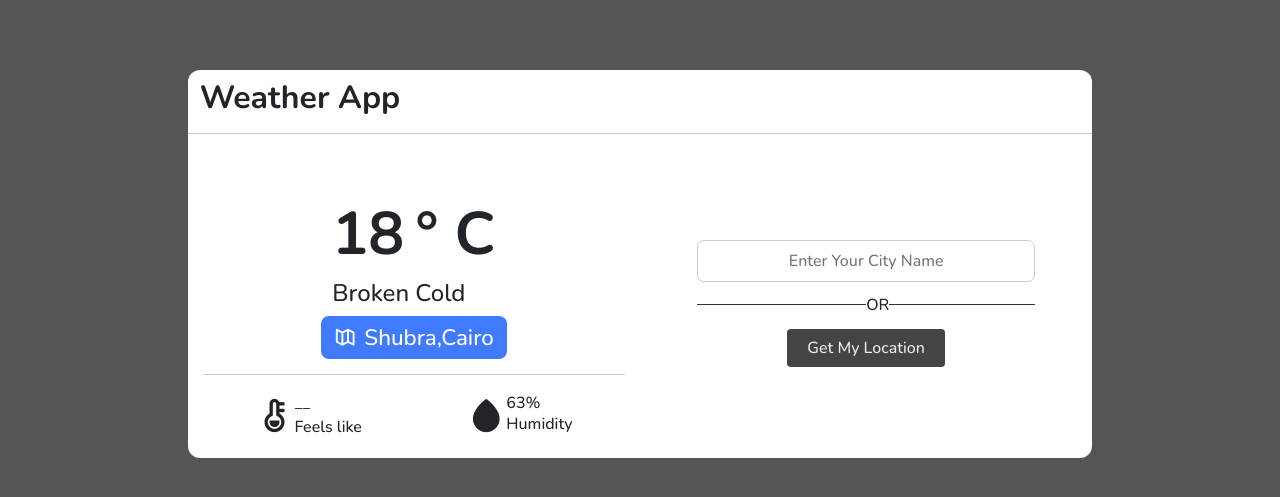
Repository: youssef168/Weather-App
Page: index.htm
These files come from the project's save history. The page is drawn as it stood at one moment and after the next save; the edit follows.
The browser window is 1280 px wide. The pictures show the whole page.

Above is the page before, as saved 2021-12-29 14:38:12.

### index.htm
<!DOCTYPE html>
<html lang="en">
<head>
    <meta charset="UTF-8">
    <meta http-equiv="X-UA-Compatible" content="IE=edge">
    <meta name="viewport" content="width=device-width, initial-scale=1.0">
    <link href="https://cdn.jsdelivr.net/npm/bootstrap@5.1.3/dist/css/bootstrap.min.css" rel="stylesheet" integrity="sha384-1BmE4kWBq78iYhFldvKuhfTAU6auU8tT94WrHftjDbrCEXSU1oBoqyl2QvZ6jIW3" crossorigin="anonymous">
    <link rel="preconnect" href="https://fonts.googleapis.com">
    <link rel="preconnect" href="https://fonts.gstatic.com" crossorigin>
    <link href="https://fonts.googleapis.com/css2?family=Nunito:ital,wght@0,300;0,500;0,600;0,700;0,900;1,200;1,300;1,400;1,500;1,700&family=Work+Sans:ital,wght@1,400;1,600&display=swap" rel="stylesheet">
    <link rel="stylesheet" href="./style.css">
    <link href='https://unpkg.com/boxicons@2.1.1/css/boxicons.min.css' rel='stylesheet'>

    <title>Document</title>
</head>
<body>
    <div class="container">
        <div class='row super'>
            <h2>Weather App</h2>
            <hr>
          <div id="Special" class='col active'>
              <div class="wearher-img">
                  <img class="w-100" src="" alt="">
              </div>
              <div class="weather-details">
                  <span class="degree">18</span>
                  <span class="sign">°</span>
                  <span class="sign-2">
                    C
                  </span>
                  <h4>Broken Cold</h4>
              </div>
              <div class="location">
                <i class='bx bx-map-alt'></i>
                <span class='innerLocation'>Shubra,Cairo</span>
              </div>
              <div class="detail-box">
                  <div class="column fellLike">
                      <i class='bx bxs-thermometer'></i>
                      <div class="innerFeild "></
                        <span id='Feels' class="degree2">__</span>
                        <div class="degree2">Feels like</div>
                    </div>
                  </div>
                  <div class="column Humidity">
                    <i class='bx bxs-droplet'></i>
                    <div class="innerFeild">
                        <span class="degree-3">63%</span>
                            <h6>Humidity</h6>
                    </div>
                  </div>
              </div>
            </div>
            <div class="col super-x active">
                <div class="wating ">
                    Wating
                </div>

                <div class="input">
                    <input class="input-super" type="text" placeholder="Enter Your City Name">
                </div>
                <div class="bot-button mt-4">
                    <button class="btn">Get My Location</button>
                </div>
            </div>
        </div>
    </div>


    <script src="./script.js"></script>
    <script src="https://cdn.jsdelivr.net/npm/bootstrap@5.1.3/dist/js/bootstrap.bundle.min.js" integrity="sha384-ka7Sk0Gln4gmtz2MlQnikT1wXgYsOg+OMhuP+IlRH9sENBO0LRn5q+8nbTov4+1p" crossorigin="anonymous"></script>
</body>
</html>

### style.css
/* Start Global Rules */
body {
    font-family: 'Nunito', sans-serif;
    background: #555

}



.super {
    margin: auto;
    margin-top: 70px;
    width: fit-content;
    background: #fff;
    border-radius: 12px;
    /* background-image: url('./blob.svg');
    background-repeat: no-repeat;
    background-size: covere; */
}

/* end Global Rules */

h2 {
    font-weight: bold !important;
    /* font-size: 3.6rem !important; */
    line-height: 55px ;
}

.container {
    padding: 0;
}

.wearher-img {
    width: 330px;
}

.col {
    padding: 15px;
    display: flex ;
    flex-direction: column;
    justify-content: center;
    align-items: center;
    display: none;
}

.col.active {
    display: flex;
}

/* .col.active .super-x {
    display: none;
} */



.weather-details {
    font-size: 60px;
    font-weight: bold;
}

.sign {
    margin-left: -5px;
}

.weatherStatus {
    font-weight: bolder;
    font-size: 1.8rem;
    text-align: center;
    margin: auto;
}

.location {
    font-size: 1.4rem;
    display: flex;
    align-items: center;
    background-color: #407BFF;
    padding: 5px 13px;
    color: #fff;
    border-radius: 8px;
    justify-content:center;
    margin-bottom: 15px;
}

.location .bx-map-alt {
    margin-right: 8px;
}

.detail-box {
    display: flex;
    border-top: 1px solid #ccc;
    width: 100%;
    justify-content: space-between;
}

.detail-box .column {
    width: 100%;
    display: flex;
    justify-content: center;
    padding: 16px 0 0;
}

.innerFeild {
    display: flex;
    flex-direction: column;
}

.column i {
    margin-top: 5px;
    font-size: 40px;
}

.super-x {
    padding: 15px;
    display: flex ;
    flex-direction: column;
    justify-content: center;
    align-items: center;
}


.input-super {
    padding: 8px 30px;
    text-align: center;
    outline: none;
    border: 1px solid #ccc;
    border-radius: 7px;
    width: 100%;
    margin-bottom: 22px;
}

.input {
    border-bottom: 1px solid #333;
    width: 80%;
    position: relative;
}

.input::after {
    content: "OR";
    position: absolute;
    bottom: -12.5px;
    left: 50%;
    background: #fff
}

.bot-button button {
    background: #444;
    color: #eee;
    padding: 6px 19px !important;
    transition: 0.5s;
}

.bot-button button:hover {
    background: transparent;
    border: 1px solid #444;
}

.super-x.active {
    display: flex;
}
.super-x {
    display: none;
}

.wating.active {
    background: #D1ECF1;
    color: green;
    width: 60%;
    text-align: center;
    margin-bottom: 17px;
    padding: 8px 19px;
    border-radius: 7px;
    border: 1px solid #BEE5EB;
    display: flex;
}

.wating {
    display: none;
}

.wating.activeFaild {
    background: #F8D7DA;
    color: red;
    margin-bottom: 17px;
    width: 70%;
    text-align: center;
    padding: 6px 18px;
    border-radius: 8px;
    border: 1px solid #F5C6CB;
    display: flex;
}

/* .faild.active {
    background: #F8D7DA;
    color: red;
    margin-bottom: 17px;
    width: 70%;
    text-align: center;
    padding: 6px 18px;
    border-radius: 8px;
    border: 1px solid #F5C6CB;
}

.faild {
    display: none;
} */

### script.js
let mainCol = document.getElementById('Special')
let SecCol = document.querySelector('.super-x')
let btnLocation = document.querySelector('button')
let WatingMsg = document.querySelector('.wating')
let inputFiled = document.querySelector('input')
let Degree = document.querySelector('.degree')
let PrecentDegrees = document.querySelector('.degree-3')
let Status = document.querySelector('h4')
let weatherIMG = document.querySelector('img')
// let Feels = document.querySelector('innerFeild .degree2')

let innerLocation = document.querySelector('.location .innerLocation')




// Declare Api To Used Anytime
let api;

// API Key From Weather Api
let APIKEY = 'c191c78554f244c610917b056757a1a6';


// Location Button That Can Allow Us To Access User Location
btnLocation.addEventListener('click', () => {
    if (navigator.geolocation) { // If Browser Support GeoLocation
        navigator.geolocation.getCurrentPosition(onSuccess, onError)
    } else { //If Browser Not Support GeoLocation
        alert('Your Browser Not Support GeoLocation API')
    }
})

function onSuccess(position) { //if Geolocation Has A Successful
    const lat = position.coords.latitude
    const lon = position.coords.longitude
    api = `https://api.openweathermap.org/data/2.5/weather?lat=${lat}&lon=${lon}&units=metric&appid=${APIKEY}`;
    fetchApi() //To Get Api And deal With it
}
function onError(err) { //if Geolocation Error
    WatingMsg.innerHTML = err.message
    WatingMsg.classList.add('activeFaild')
}

inputFiled.addEventListener('keyup', e => {
    if (e.key = 'Enter' && inputFiled.value != '') {
        requestApi(inputFiled.value)
    }
})

function requestApi(City) {
     api = `https://api.openweathermap.org/data/2.5/weather?q=${City}&units=metric&appid=${APIKEY}`;
    fetchApi()
}

function fetchApi() {
    WatingMsg.innerText = 'Getting Location And Data, Please Wait..'
    WatingMsg.classList.add('active')
    fetch(api).then(res => res.json()).then(results => getWeatherResults(results)).catch(() => { //Catch Errors And Turn The Response Info TO Json Data And Pass The Results To getWeatherResults Function
        WatingMsg.innerText = 'Something went wrong'
        WatingMsg.classList.replace('active', 'activeFeild')
    })
}

function getWeatherResults(info) { //Get weather results From Fetch Api Function
    if(info.cod === '404') {
        WatingMsg.classList.replace('active', 'activeFaild')
        WatingMsg.innerHTML = `${inputFiled.value} Not A Valid City, Try Write That Again`
    } else { // Deploy Data On Html Markup
        WatingMsg.classList.replace('activeFaild', 'active')
        WatingMsg.innerHTML = `${inputFiled.value} Is A Valid City, Trying Get Data, Wait A Second And You Will Get This`
        mainCol.classList.add('active')

        const cityName = info.name; //Depract the city name Because It's Unread able'
        const Country = info.sys.country;
        const { description, id } = info.weather[0]
        const { feels_like, humidity, temp } = info.main

        const feelings = Math.floor(feels_like)
        console.log(feelings)
        Degree.innerText = Math.floor(temp)
        PrecentDegrees.innerText = `${humidity}%`
        Status.innerText = `${description}`

        innerLocation.innerText = ` ${Country}`

        if (id == 802) {
            weatherIMG.src = './icons/clear.svg'
        } else if (id >= 200 && id <=232) {
            weatherIMG.src = './icons/storm.svg'
        } else if (id >= 600 && id <=622) {
            weatherIMG.src = './icons/snow.svg'
        } else if(id >= 701 && id <= 781){
            weatherIMG.src = './icons/clear.svg'
        } else if (id >=801 && id <=804) {
            weatherIMG.src = './icons/cloud.svg'
        } else if ((id >= 500 && id <= 531) || (id >= 300 && id <= 321)) {
            weatherIMG.src = './icons/rain.svg'
        }
    }

    if (mainCol.classList.contains('active')) {
        console.log('y')
    }
}

After the next save:
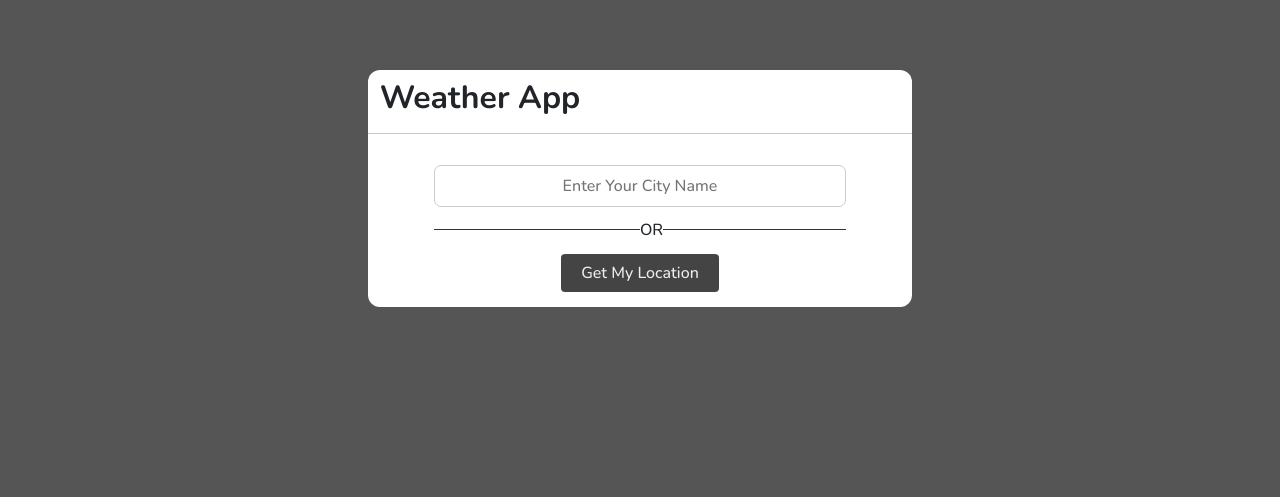
Saved 8 s later.
--- a/index.htm
+++ b/index.htm
@@ -18,7 +18,7 @@
         <div class='row super'>
             <h2>Weather App</h2>
             <hr>
-          <div id="Special" class='col active'>
+          <div id="Special" class='col '>
               <div class="wearher-img">
                   <img class="w-100" src="" alt="">
               </div>
